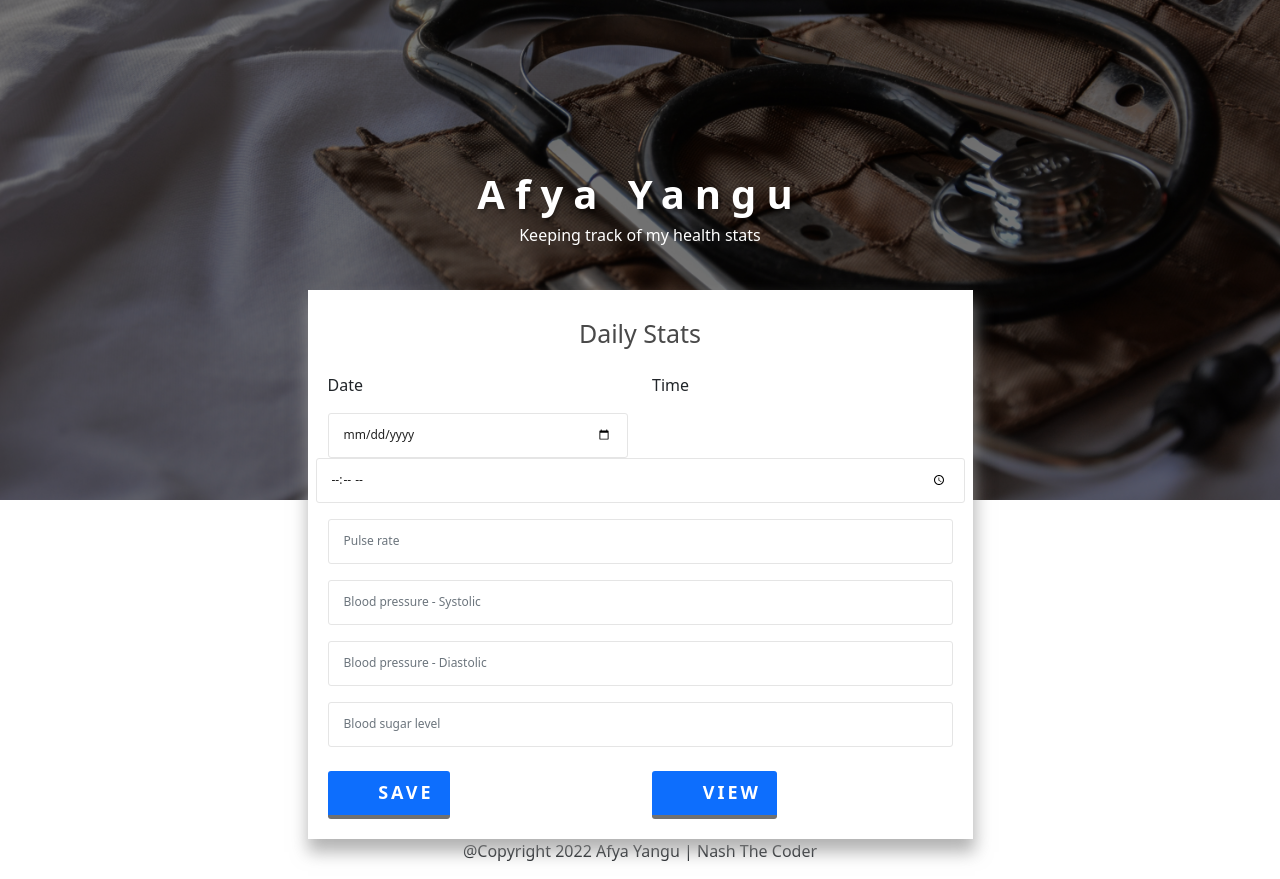
Repository: nashthecoder/afya_yangu
Page: /
The author's editor kept a copy of each file at every save. The page is drawn from the files as they stood at one save, then again after the next save.
The browser window is 1280 px wide. The pictures show the whole page.
The project was rebuilt for these pictures with package versions that can differ from the ones it lists, and the page was loaded fresh each time.

Above is the page before, as saved 2022-02-27 16:08:11.

### src/App.js
import React from 'react'
import Banner from './components/Banner'
import Form from './components/Form'
import Footer from './components/Footer'
function App() {
  return (
    <div className="App">
      <Banner />
      <Form />
      <Footer />
    </div>
  );
}

export default App;

### src/style.scss
@import '../node_modules/bootstrap/scss/bootstrap.scss';
/*********************************************/
/*             GENERAL CSS              */
/*********************************************/

body {
    width: 100%;
    position: relative;
}

p.main-form-text {
    font-size: 25px !important;
    font-weight: 500;
    color: #494949;
}

h3 {
    font-size: 40px;
    letter-spacing: 10px;
    font-weight: bold;
}

h4 {
    font-size: 16px;
}

img {
    width: 100%;
    height: 100%;
}

form {
    position: relative;
}

/*********************************************/
/*              UTILITY CSS             */
/*********************************************/

input,
input.form-control {
    color: #222;
    font-size: 12px;
    background: $white;
    padding: 0 15px;
    width: 100%;
    height: 45px;
    line-height: 46px;
    outline: none;
    border: 1px solid #e5e5e5;
    border-radius: 3px;
    box-shadow: none;
    transition: all 0.3s;
}

.btn-primary {
    font-weight: 600;
    font-size: 18px;
    cursor: pointer;
    display: inline-block;
    text-transform: uppercase;
    border: none;
    color: $white;
    border-radius: 3px;
    transition: all 0.3s;
    border-bottom: 4px solid #707070;
    letter-spacing: 3px;
}

.btn-primary:hover,
.btn-primary:focus {
    border-bottom: 4px solid #707070;
    background-color: #2b2b2b;
}

.banner {
    background-image: url("./images/bg.jpg");
    min-height: 500px;
    padding: 40px 0px;
    position: relative;
    background-position: center center;
    background-size: cover;
    background-repeat: no-repeat;
}

.banner::before {
    content: "";
    width: 100%;
    height: 100%;
    opacity: 0.5;
    background-color: #000;
    position: absolute;
    top: 0;
}

.brand {
    text-shadow: 2px 4px 3px rgba(0, 0, 0, 0.3);
}

.caption-text {
    margin-top: 130px;
    color: $white;
    position: relative;
}

/*********************************************/
/*              BANNER CSS              */
/*********************************************/

.banner {
    background-image: url("./images/bg.jpg");
    min-height: 500px;
    padding: 40px 0px;
    position: relative;
    background-position: center center;
    background-size: cover;
    background-repeat: no-repeat;
}

.banner::before {
    content: "";
    width: 100%;
    height: 100%;
    opacity: 0.5;
    background-color: #000;
    position: absolute;
    top: 0;
}

.brand {
    text-shadow: 2px 4px 3px rgba(0, 0, 0, 0.3);
}

.caption-text {
    margin-top: 130px;
    color: $white;
    position: relative;
}

/*********************************************/
/*              FORM CSS                "/
/*********************************************/

.form-box #box-title {
    position: relative;
    padding: 10px;
    text-align: center;
}

.form-box #box-title p {
    margin-bottom: 0;
    font-size: 14px;
}

.fill-form {
    position: relative;
    margin: -210px auto 0px auto;
    box-shadow: 1px 12px 16px 1px rgba(153, 153, 153, 0.75);
    -webkit-box-shadow: 1px 12px 16px 1px rgba(153, 153, 153, 0.75);
    -moz-box-shadow: 1px 12px 16px 1px rgba(153, 153, 153, 0.75);
}

.fill-form .form-box__img {
    background-color: transparent;
}

.fill-form .form-box__content {
    padding: 20px;
    background-color: $white;
}

/*********************************************/
/*               FOOTER CSS                  "/
/*********************************************/

footer p {
    margin: 55px 0px 60px 0px;
    font-size: 17px;
    font-weight: 600;
    color: transparent;
    -webkit-background-clip: text;
    -moz-background-clip: text;
    background-clip: text;
}

/*********************************************/
/*              MEDIA QUERIES CSS           "/
/*********************************************/

@media only screen and (min-width: 994px) and (max-width: 1398px) and (-webkit-min-device-pixel-ratio: 1) {
    .form-box #box-title {
        padding: 5px 20px 20px 20px;
    }
}

@media only screen and (min-width: 767px) and (max-width: 1196px) and (-webkit-min-device-pixel-ratio: 1) {
    .form-box #box-title {
        padding: 0px;
    }
    .fill-form .form-box__content {
        padding: 50px 50px 60px 50px;
    }
}

@media only screen and (min-width: 500px) and (max-width: 766px) and (-webkit-min-device-pixel-ratio: 1) {
    .form-box #box-title {
        padding: 0px;
    }
    .fill-form .form-box__content {
        padding: 50px 50px 60px 50px;
    }
    h3.brand {
        font-size: 30px;
    }
    .caption-text h4 {
        font-size: 14px;
    }
    .caption-text {
        margin-top: 110px;
    }
    footer {
        margin-bottom: 30px;
    }
    .form-box__img {
        display: none;
    }
}

@media only screen and (min-width: 360px) and (max-width: 499px) and (-webkit-min-device-pixel-ratio: 1) {
    .caption-text {
        margin-top: 30px;
    }
    h3.brand {
        font-size: 19px;
    }
    .banner {
        min-height: 400px;
    }
    .form-box__img {
        display: none;
    }
    footer {
        margin-bottom: 10px;
    }
}

@media only screen and (max-width: 359px) {
    .caption-text {
        margin-top: 30px;
    }
    h3.brand {
        font-size: 17px;
    }
    .caption-text h4 {
        font-size: 12px;
    }
    .banner {
        min-height: 400px;
    }
    .form-box__img {
        display: none;
    }
    .form-box #box-title {
        padding: 0px 30px 30px;
    }
}

### src/components/Banner.js
import React from 'react'

const Banner = () => {
    return (
        <>
        <header>
            <div className="banner">
                <div className="container">
                    <div className="row">
                        <div className="col-lg-9 offset-lg-3 mx-auto">
                            <div className="caption-text text-center">
                                <h3 className="brand">Afya Yangu</h3>
                                <h4> Keeping track of my health stats</h4>
                            </div>
                        </div>
                    </div>
                </div>
            </div>
        </header>
        </>
    )
}

export default Banner

### src/components/Form.js
import React from 'react'

const Form = () => {
    return (
        <>
        <section>
            <div className="container">
                <div className="row">
                <div className="col-lg-7 offset-lg-2 g-0 mx-auto">
                    <div className="fill-form form-box">
                            <div className="form-box__content">
                            <div id="box-title">
                                <p className="main-form-text">Daily Stats</p>
                            </div>
                            <form>
                                <div class="row">
                                    <div class="col">
                                        <p>Date</p>
                                        <input
                                            class="form-control"
                                            id="date"
                                            name="date"
                                            placeholder="Date"
                                            type="date"
                                        />
                                    </div>
                                    <div class="col">
                                        <p>Time</p>
                                    </div>
                                    <input
                                        class="form-control"
                                        id="time"
                                        name="time"
                                        placeholder="Time"
                                        type="time"
                                    />
                                </div>
                                <div className="mt-3">
                                <input
                                    className="form-control"
                                    id="pulse-rate"
                                    name="pulse-rate"
                                placeholder="Pulse rate"
                                    type="number"
                                />
                                </div>
                                <div className="mt-3">
                                    <input
                                        class="form-control"
                                    id="systolic-number"
                                        name="systolic-number"
                                        placeholder="Blood pressure - Systolic"
                                        type="number"
                                    />
                                </div>
                                <div className="mt-3">
                                    <input
                                        className="form-control"
                                        id="diastolic-number"
                                        name="diastolic-number"
                                    placeholder="Blood pressure - Diastolic"
                                        type="number"
                                    />
                                </div>
                                <div className="mt-3">
                                    <input
                                        class="form-control"
                                    id="bloodSugar-level"
                                        name="bloodSugar-level"
                                        placeholder="Blood sugar level"
                                        type="number"
                                    />
                                </div>
                                <div className="d-grid mt-4">
                                <div class="container">
                                    <div class="row row-cols-2">
                                        <div class="col">
                                            <button class="btn btn-primary btn-lg" type="submit" value="Send Now">
                                                <svg
                                                xmlns="http://www.w3.org/2000/svg"
                                                width="27"
                                                height="27"
                                                fill="currentColor"
                                                class="bi bi-mailbox2"
                                                viewBox="0 0 16 16"
                                                >
                                                </svg>{" "}
                                                Save
                                            </button>
                                        </div>
                                        <div class="col">
                                            <button class="btn btn-primary btn-lg" type="submit" value="Send Now">
                                                <svg
                                                xmlns="http://www.w3.org/2000/svg"
                                                width="27"
                                                height="27"
                                                fill="currentColor"
                                                class="bi bi-mailbox2"
                                                viewBox="0 0 16 16"
                                                >
                                                </svg>{" "}
                                                View
                                            </button>
                                        </div>
                                    </div>
                                </div>
                                </div>
                            </form>
                            </div>
                        </div>
                    </div>
                </div>
                </div>
        </section>
        </>
    )
}

export default Form

### src/components/Footer.js
import React from 'react'

const Footer = () => {
    return (
        <>
        <div>
            <p className="footer text-center">@Copyright 2022 Afya Yangu | Nash The Coder</p>
        </div>
        </>
    )
}

export default Footer

Loaded but not shown: public/index.html (common file); src/index.js (common file); src/reportWebVitals.js (common file)

After the next save:
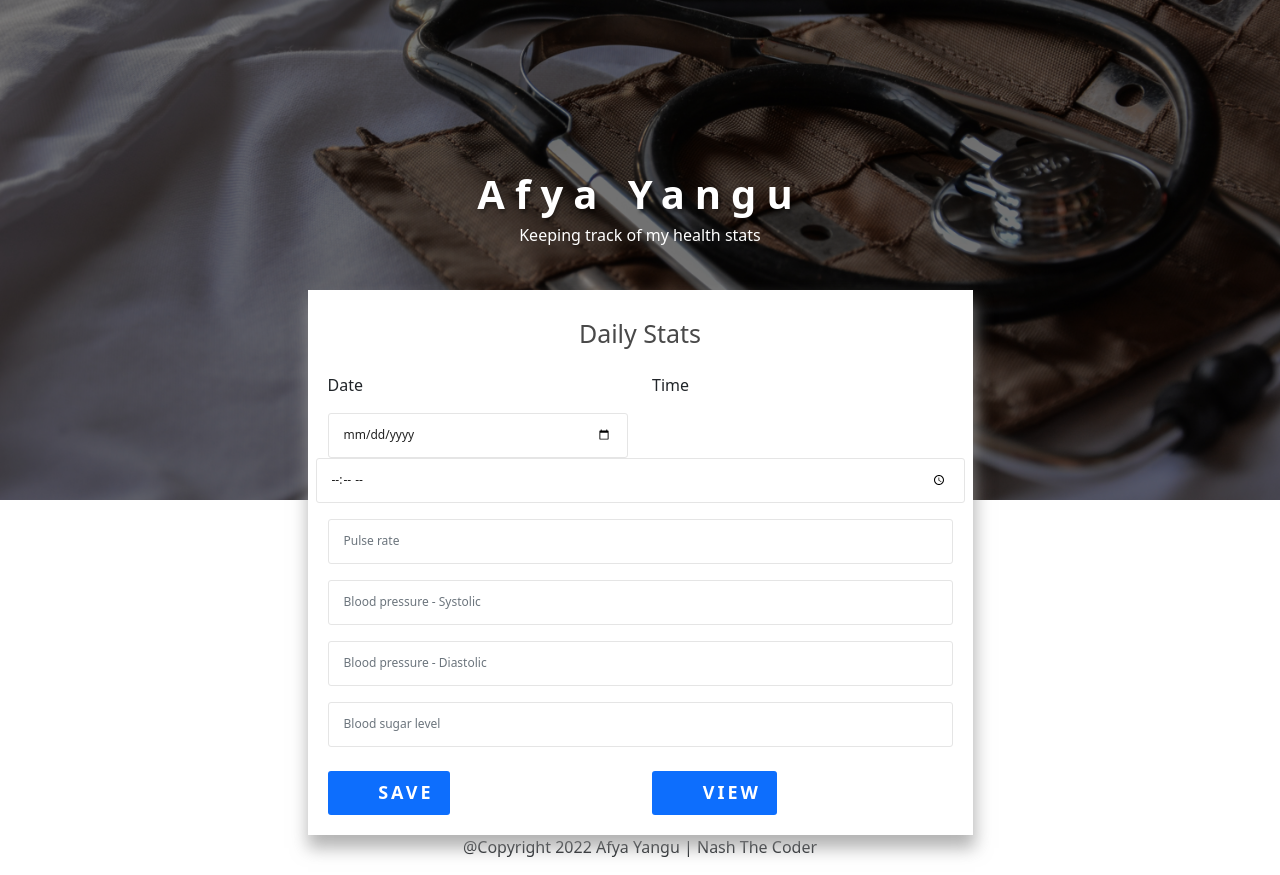
Saved 6 min 18 s later.
--- a/src/style.scss
+++ b/src/style.scss
@@ -63,7 +63,7 @@ input.form-control {
     color: $white;
     border-radius: 3px;
     transition: all 0.3s;
-    border-bottom: 4px solid #707070;
+
     letter-spacing: 3px;
 }
 
